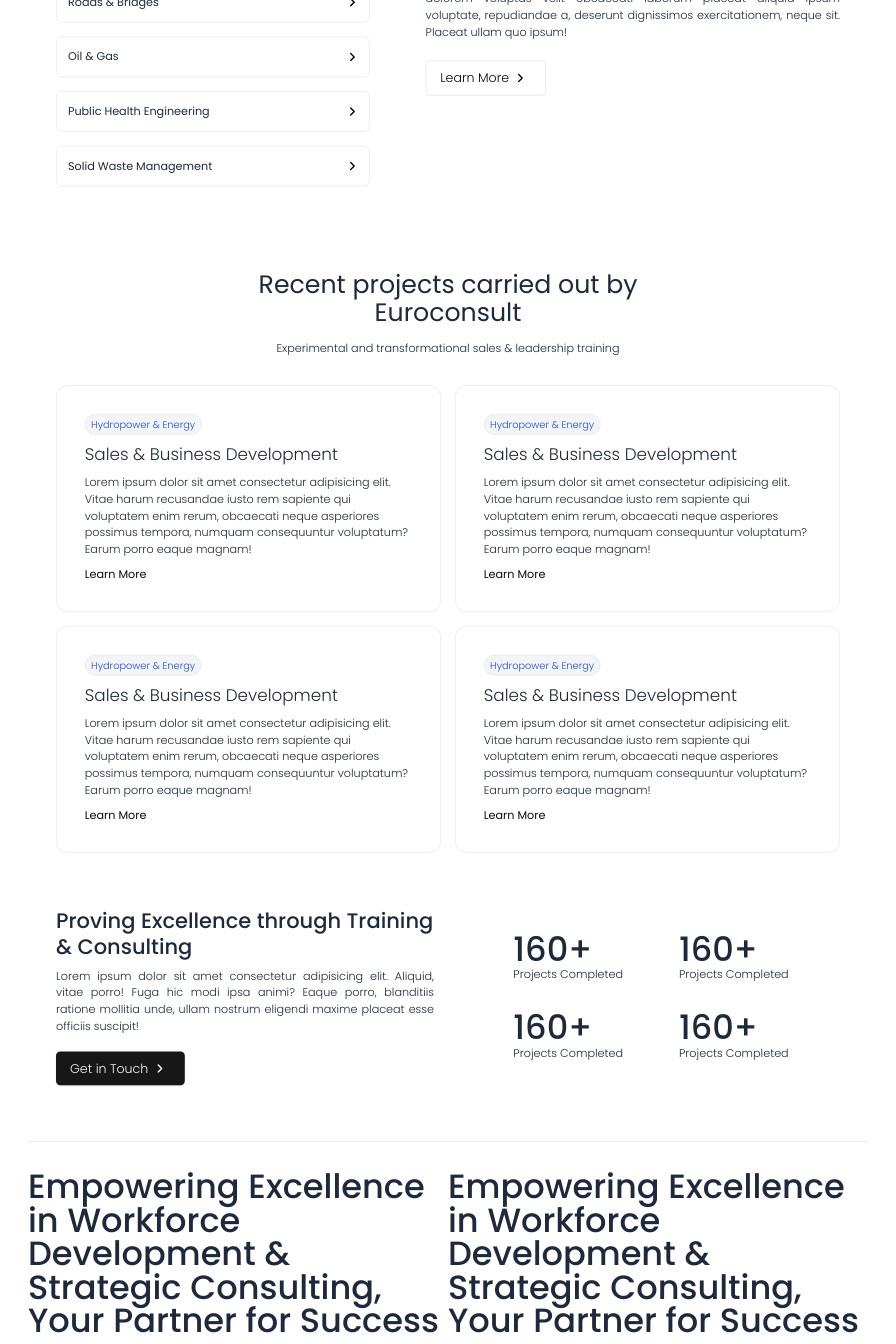
Repository: EMDC-24/ecglobalwebsite19
Page: /
These files come from the project's save history. The page is drawn as it stood at one moment and after the next save; the edit follows.
The browser window is 1280 px wide. The pictures show the part of the page from y = 2666 to 4586 px (the page is 4586 px tall), at 70% of full size.
The project was rebuilt for these pictures with package versions that can differ from the ones it lists, and the page was loaded fresh each time. The framework's server and built-in components were replaced by stand-ins that run in the browser. Also part of the build but not shown: next.config.mjs.

Above is the page before, as saved 2024-09-17 21:19:57.

### app/page.tsx
import Image from "next/image";
import Hero from "./Hero";
import ClientCarousel from "./ClientCarousel";
import { ServicesTabs } from "./ServicesTabs";
import SerTabs from "./SerTabs";
import AboutSection from "./AboutSection";
import RecentProjects from "./RecentProjects";
import PraiseSection from "./PraiseSection";
import Footer from "./Footer";


export default function Home() {
  return (
    <>
    <Hero />
    <ClientCarousel />
    <AboutSection />
    <SerTabs />
    <RecentProjects />
    <PraiseSection />
    <Footer />
    </>
  );
}

### app/globals.css
@tailwind base;
@tailwind components;
@tailwind utilities;

@layer base {
  :root {
    --background: 0 0% 100%;
    --foreground: 0 0% 3.9%;
    --card: 0 0% 100%;
    --card-foreground: 0 0% 3.9%;
    --popover: 0 0% 100%;
    --popover-foreground: 0 0% 3.9%;
    --primary: 0 0% 9%;
    --primary-foreground: 0 0% 98%;
    --secondary: 0 0% 96.1%;
    --secondary-foreground: 0 0% 9%;
    --muted: 0 0% 96.1%;
    --muted-foreground: 0 0% 45.1%;
    --accent: 0 0% 96.1%;
    --accent-foreground: 0 0% 9%;
    --destructive: 0 84.2% 60.2%;
    --destructive-foreground: 0 0% 98%;
    --border: 0 0% 89.8%;
    --input: 0 0% 89.8%;
    --ring: 0 0% 3.9%;
    --chart-1: 12 76% 61%;
    --chart-2: 173 58% 39%;
    --chart-3: 197 37% 24%;
    --chart-4: 43 74% 66%;
    --chart-5: 27 87% 67%;
    --radius: 0.5rem;
  }
  .dark {
    --background: 0 0% 3.9%;
    --foreground: 0 0% 98%;
    --card: 0 0% 3.9%;
    --card-foreground: 0 0% 98%;
    --popover: 0 0% 3.9%;
    --popover-foreground: 0 0% 98%;
    --primary: 0 0% 98%;
    --primary-foreground: 0 0% 9%;
    --secondary: 0 0% 14.9%;
    --secondary-foreground: 0 0% 98%;
    --muted: 0 0% 14.9%;
    --muted-foreground: 0 0% 63.9%;
    --accent: 0 0% 14.9%;
    --accent-foreground: 0 0% 98%;
    --destructive: 0 62.8% 30.6%;
    --destructive-foreground: 0 0% 98%;
    --border: 0 0% 14.9%;
    --input: 0 0% 14.9%;
    --ring: 0 0% 83.1%;
    --chart-1: 220 70% 50%;
    --chart-2: 160 60% 45%;
    --chart-3: 30 80% 55%;
    --chart-4: 280 65% 60%;
    --chart-5: 340 75% 55%;
  }
}

@font-face {
  font-family: 'Poppins';
  src: url('/fonts/Poppins-Black.ttf') format('truetype');
  font-weight: 900;
  font-style: normal;
}

@font-face {
  font-family: 'Poppins';
  src: url('/fonts/Poppins-BlackItalic.ttf') format('truetype');
  font-weight: 900;
  font-style: italic;
}

@font-face {
  font-family: 'Poppins';
  src: url('/fonts/Poppins-Bold.ttf') format('truetype');
  font-weight: 700;
  font-style: normal;
}

@font-face {
  font-family: 'Poppins';
  src: url('/fonts/Poppins-BoldItalic.ttf') format('truetype');
  font-weight: 700;
  font-style: italic;
}

@font-face {
  font-family: 'Poppins';
  src: url('/fonts/Poppins-Regular.ttf') format('truetype');
  font-weight: 400;
  font-style: normal;
}

@font-face {
  font-family: 'Poppins';
  src: url('/fonts/Poppins-Italic.ttf') format('truetype');
  font-weight: 400;
  font-style: italic;
}

@font-face {
  font-family: 'Poppins';
  src: url('/fonts/Poppins-Light.ttf') format('truetype');
  font-weight: 300;
  font-style: normal;
}

@font-face {
  font-family: 'Poppins';
  src: url('/fonts/Poppins-LightItalic.ttf') format('truetype');
  font-weight: 300;
  font-style: italic;
}

@font-face {
  font-family: 'Poppins';
  src: url('/fonts/Poppins-Medium.ttf') format('truetype');
  font-weight: 500;
  font-style: normal;
}

@font-face {
  font-family: 'Poppins';
  src: url('/fonts/Poppins-MediumItalic.ttf') format('truetype');
  font-weight: 500;
  font-style: italic;
}

@layer base {
  * {
    @apply border-border;
  }

  body {
    @apply bg-background text-foreground;
    font-family: 'Poppins', sans-serif !important;
  }
}
.no-visible-scrollbar {
  scrollbar-width: none;
  -ms-overflow-style: none;
  -webkit-overflow-scrolling: touch;
}

.no-visible-scrollbar::-webkit-scrollbar {
  display: none;
}

### app/Hero.tsx
import { Button } from '@/components/ui/button'
import React from 'react'
import { FaAngleRight } from "react-icons/fa6";

const Hero = () => {
  return (
    <div>
        <div className="bg-white px-10 flex flex-row my-10">
        <div className="md:w-1/2 flex flex-col items-start justify-normal py-10">
        <div className="bg-gray-100 border-[1px] border-gray-200 rounded-full px-2 py-1 text-sm text-gray-800">Engineering Consultancy</div>
        <h1 className="text-5xl text-gray-800 mt-3 font-light ">Empowering Excellence through Engineering & Consulting</h1>
        <p className="text-lg text-gray-700 mt-10 leading-snug tracking-tight text-justify mr-10 font-light">Euroconsult Pakistan is a global, state-of-the-art service provider organization actively engaged in water resources and energy, agriculture, infrastructure, environment, oil and gas, mass transit, light rail, motorways, highways, institutional capacity building, financial management, rural and urban development, and management. </p>
        <div className="mt-10 flex flex-row gap-3">
        <a href="#" >
        <Button className="px-5 py-6 text-lg font-light  hover:bg-blue-600">Get Started  <FaAngleRight className="mr-2 ml-2 h-4 w-4" /></Button>
        </a>
        <a href="#" >
        <Button variant="outline" className="px-5 py-6 text-lg font-light  hover:bg-gray-200">Contact Us<FaAngleRight className="mr-2 ml-2 h-4 w-4" /></Button>
        </a>
        </div>
        </div>
        <div className="md:w-1/2 flex flex-col gap-3">
        <div className="w-full h-[60%] rounded-2xl bg-cover bg-center" style={{ backgroundImage: `url('/assets/heroimage.jpg')` }}> </div>
        <div className="w-full h-[40%] rounded-2xl bg-cover bg-center" style={{ backgroundImage: `url('/assets/hero2.jpg')` }}> </div>
        </div>
        </div>
    </div>
  )
}

export default Hero

### app/ClientCarousel.tsx
import React from 'react';
import Marquee from 'react-fast-marquee';
import Image from 'next/image';

const ClientCarousel = () => {
  const logoSize = { height: 40 };
  const logoStyle = { margin: '0 25px' };

  const logos = [
    <Image src="/assets/adblogo.png" alt="" width={100} key="br" {...logoSize} />,
    <Image src="/assets/uniceflogo.png" alt="" width={100} key="br" {...logoSize} />,
    <Image src="/assets/ciscologo.png" alt="" width={100} key="br" {...logoSize} />,
    <Image src="/assets/kfwlogo.png" alt="" width={100} key="br" {...logoSize} />,
    <Image src="/assets/citilogo.png" alt="" width={100} key="br" {...logoSize} />,
    <Image src="/assets/usaidlogo.png" alt="" width={100} key="br" {...logoSize} />,
    <Image src="/assets/undplogo.png" alt="" width={100} key="br" {...logoSize} />,
    <Image src="/assets/unlogo.png" alt="" width={100} key="br" {...logoSize} />,
    <Image src="/assets/gtzlogo.png" alt="" width={100} key="br" {...logoSize} />,
    <Image src="/assets/dfidlogo.png" alt="" width={100} key="br" {...logoSize} />,
    <Image src="/assets/wblogo.png" alt="" width={100} key="br" {...logoSize} />,
  ];

  return (
    <div className="py-20 my-10">

      <div className="relative z-10">
        {/* Left gradient */}
      <div className="absolute left-0 top-0 bottom-0 w-1/4 bg-gradient-to-r from-white to-transparent via-transparent z-20 pointer-events-none"
           style={{ backgroundImage: 'linear-gradient(to right, white 30%, transparent 70%)' }}>
      </div>

      {/* Right gradient */}
      <div className="absolute right-0 top-0 bottom-0 w-1/4 bg-gradient-to-l from-white to-transparent via-transparent z-20 pointer-events-none"
           style={{ backgroundImage: 'linear-gradient(to left, white 30%, transparent 70%)' }}>
      </div>
    <div className="overflow-hidden ">
      <Marquee gradient={false} pauseOnHover={false} speed={50}>
        {logos.map((logo, index) => (
          <div key={index} style={logoStyle}>
            {logo}
          </div>
        ))}
        {logos.map((logo, index) => (
          <div key={`repeat-${index}`} style={logoStyle}>
            {logo}
          </div>
        ))}
        {logos.map((logo, index) => (
          <div key={`repeat2-${index}`} style={logoStyle}>
            {logo}
          </div>
        ))}
      </Marquee>
    </div>
    </div>

    </div>
  );
};

export default ClientCarousel;

### app/AboutSection.tsx
import { Button } from '@/components/ui/button'
import React from 'react'
import { FaAngleRight } from "react-icons/fa6";
const AboutSection = () => {
  return (
    <div className="px-10 flex flex-col items-center justify-center">
        <div className="my-10 gap-5 flex flex-col">
            <h3 className="text-[40px] tracking-tight leading-snug font-medium text-slate-800 px-72 text-center">Comprehensive Training & Consulting Solutions Tailored to Your Needs</h3>
            <p className="px-64 text-center font-light text-slate-800">With focus on individual attention, we are committed to delivering customized strategies, empowering your workforce, and guiding your business to sustainable growth & excellence</p>
        </div>
        <div className="flex flex-row gap-10 px-24 mt-10">
            <div className="w-1/2 flex gap-5 flex-col px-12">
                <h3 className="text-3xl">Our Approach to Leadership Development</h3>
                <p className="tracking-tight font-light text-justify"> Lorem ipsum dolor sit amet consectetur adipisicing elit. Explicabo nisi dolorem voluptas velit obcaecati laborum placeat aliquid ipsum voluptate, repudiandae a, deserunt dignissimos exercitationem, neque sit. Placeat ullam quo ipsum!</p>
                <p className="tracking-tight font-light text-justify"> Lorem ipsum dolor sit amet consectetur adipisicing elit. Explicabo nisi dolorem voluptas velit obcaecati laborum placeat aliquid ipsum voluptate, repudiandae a, deserunt dignissimos exercitationem, neque sit. Placeat ullam quo ipsum!</p>
                <a href="#" >
            <Button variant="outline" className="px-5 py-6 text-lg font-light  hover:bg-gray-200">Contact Us<FaAngleRight className="mr-2 ml-2 h-4 w-4" /></Button>
            </a>
            </div>
            <div className="w-1/2 flex gap-5 flex-col px-12">
                <h3 className="text-3xl">Leadership Development Expands a leader's impact</h3>
                <p className="tracking-tight font-light text-justify"> Lorem ipsum dolor sit amet consectetur adipisicing elit. Explicabo nisi dolorem voluptas velit obcaecati laborum placeat aliquid ipsum voluptate, repudiandae a, deserunt dignissimos exercitationem, neque sit. Placeat ullam quo ipsum!</p>
                <p className="tracking-tight font-light text-justify"> Lorem ipsum dolor sit amet consectetur adipisicing elit. Explicabo nisi dolorem voluptas velit obcaecati laborum placeat aliquid ipsum voluptate, repudiandae a, deserunt dignissimos exercitationem, neque sit. Placeat ullam quo ipsum!</p>
            </div>
        </div>
    </div>
  )
}

export default AboutSection

### app/RecentProjects.tsx
import React from 'react'

const RecentProjects = () => {
  return (
    <div className="flex flex-col mx-20">
        <div>
            <h3 className="text-4xl mt-10 text-slate-800 px-64 text-center">Recent projects carried out by Euroconsult</h3>
            <p className="text-slate-800 font-light text-center mt-5">Experimental and transformational sales & leadership training</p>
        </div>
        <div className="flex flex-row gap-5 my-5 mt-10 items-center justify-center">
        <div className="flex flex-col gap-3 border-[1px] border-gray-200 rounded-2xl p-10">
        <div><div className="bg-gray-100 inline-flex w-auto border-gray-200 border-[1px] rounded-full px-2 py-1 text-sm text-blue-700 font-light">Hydropower & Energy</div></div>
        <h3 className="font-light text-slate-800 text-2xl">Sales & Business Development</h3>
        <p className="font-light text-slate-800">Lorem ipsum dolor sit amet consectetur adipisicing elit. Vitae harum recusandae iusto rem sapiente qui voluptatem enim rerum, obcaecati neque asperiores possimus tempora, numquam consequuntur voluptatum? Earum porro eaque magnam!</p>
        <a href="#" >Learn More</a>
        </div>
        <div className="flex flex-col gap-3 border-[1px] border-gray-200 rounded-2xl p-10">
        <div><div className="bg-gray-100 w-auto inline-flex border-gray-200 border-[1px] rounded-full px-2 py-1 text-sm text-blue-700 font-light">Hydropower & Energy</div></div>
        <h3 className="font-light text-slate-800 text-2xl">Sales & Business Development</h3>
        <p className="font-light text-slate-800">Lorem ipsum dolor sit amet consectetur adipisicing elit. Vitae harum recusandae iusto rem sapiente qui voluptatem enim rerum, obcaecati neque asperiores possimus tempora, numquam consequuntur voluptatum? Earum porro eaque magnam!</p>
        <a href="#" >Learn More</a>
        </div>
        </div>
        <div className="flex flex-row gap-5 items-center justify-center">
        <div className="flex flex-col gap-3 border-[1px] border-gray-200 rounded-2xl p-10">
        <div><div className="bg-gray-100 inline-flex w-auto border-gray-200 border-[1px] rounded-full px-2 py-1 text-sm text-blue-700 font-light">Hydropower & Energy</div></div>
        <h3 className="font-light text-slate-800 text-2xl">Sales & Business Development</h3>
        <p className="font-light text-slate-800">Lorem ipsum dolor sit amet consectetur adipisicing elit. Vitae harum recusandae iusto rem sapiente qui voluptatem enim rerum, obcaecati neque asperiores possimus tempora, numquam consequuntur voluptatum? Earum porro eaque magnam!</p>
        <a href="#" >Learn More</a>
        </div>
        <div className="flex flex-col gap-3 border-[1px] border-gray-200 rounded-2xl p-10">
        <div><div className="bg-gray-100 w-auto inline-flex border-gray-200 border-[1px] rounded-full px-2 py-1 text-sm text-blue-700 font-light">Hydropower & Energy</div></div>
        <h3 className="font-light text-slate-800 text-2xl">Sales & Business Development</h3>
        <p className="font-light text-slate-800">Lorem ipsum dolor sit amet consectetur adipisicing elit. Vitae harum recusandae iusto rem sapiente qui voluptatem enim rerum, obcaecati neque asperiores possimus tempora, numquam consequuntur voluptatum? Earum porro eaque magnam!</p>
        <a href="#" >Learn More</a>
        </div>
        </div>

    </div>
  )
}

export default RecentProjects

### app/PraiseSection.tsx

import { Button } from '@/components/ui/button'
import React from 'react'
import { FaAngleRight } from "react-icons/fa6";

const PraiseSection = () => {
  return (
    <div className="mx-20 flex flex-row gap-10 my-20 items-center justify-center">
    <div className="w-1/2 flex flex-col gap-3">
        <h3 className="text-3xl font-medium text-slate-800">Proving Excellence through Training & Consulting</h3>
        <p className="font-light text-slate-800 text-justify">Lorem ipsum dolor sit amet consectetur adipisicing elit. Aliquid, vitae porro! Fuga hic modi ipsa animi? Eaque porro, blanditiis ratione mollitia unde, ullam nostrum eligendi maxime placeat esse officiis suscipit!</p>
        <div className="w-auto mt-3"><Button className="px-5 py-6 text-lg font-light  hover:bg-blue-600">Get in Touch  <FaAngleRight className="mr-2 ml-2 h-4 w-4" /></Button></div>
    </div>
    <div className="w-1/2 flex flex-col gap-10 ">
    <div className="flex flex-row gap-20 items-start justify-center">
        <div>
        <h3 className="text-5xl font-medium text-slate-800">160+</h3>
        <p className="font-light text-slate-800">Projects Completed</p>
        </div>
        <div>
        <h3 className="text-5xl font-medium text-slate-800">160+</h3>
        <p className="font-light text-slate-800">Projects Completed</p>
        </div>
    </div>
    <div className="flex flex-row gap-20 items-start justify-center">
        <div>
        <h3 className="text-5xl font-medium text-slate-800">160+</h3>
        <p className="font-light text-slate-800">Projects Completed</p>
        </div>
        <div>
        <h3 className="text-5xl font-medium text-slate-800">160+</h3>
        <p className="font-light text-slate-800">Projects Completed</p>
        </div>
    </div>

    </div>
    </div>
  )
}

export default PraiseSection

### app/Footer.tsx
import { Separator } from '@/components/ui/separator'
import React from 'react'

const Footer = () => {
  return (
    <div className="mx-10 flex flex-col gap-10">
        <Separator />
        <div className="flex flex-col md:flex-row ">
            <div className="w-1/2">
                <h5 className="text-5xl font-medium text-slate-800">Empowering Excellence in Workforce Development & Strategic Consulting, Your Partner for Success</h5>
            </div>
            <div className="w-1/2">
                <h5 className="text-5xl font-medium text-slate-800">Empowering Excellence in Workforce Development & Strategic Consulting, Your Partner for Success</h5>
            </div>
        </div>
    </div>
  )
}

export default Footer

### components/ui/button.tsx
import * as React from "react"
import { Slot } from "@radix-ui/react-slot"
import { cva, type VariantProps } from "class-variance-authority"

import { cn } from "@/lib/utils"

const buttonVariants = cva(
  "inline-flex items-center justify-center whitespace-nowrap rounded-md text-sm font-medium transition-colors focus-visible:outline-none focus-visible:ring-1 focus-visible:ring-ring disabled:pointer-events-none disabled:opacity-50",
  {
    variants: {
      variant: {
        default:
          "bg-primary text-primary-foreground shadow hover:bg-primary/90",
        destructive:
          "bg-destructive text-destructive-foreground shadow-sm hover:bg-destructive/90",
        outline:
          "border border-input bg-background shadow-sm hover:bg-accent hover:text-accent-foreground",
        secondary:
          "bg-secondary text-secondary-foreground shadow-sm hover:bg-secondary/80",
        ghost: "hover:bg-accent hover:text-accent-foreground",
        link: "text-primary underline-offset-4 hover:underline",
      },
      size: {
        default: "h-9 px-4 py-2",
        sm: "h-8 rounded-md px-3 text-xs",
        lg: "h-10 rounded-md px-8",
        icon: "h-9 w-9",
      },
    },
    defaultVariants: {
      variant: "default",
      size: "default",
    },
  }
)

export interface ButtonProps
  extends React.ButtonHTMLAttributes<HTMLButtonElement>,
    VariantProps<typeof buttonVariants> {
  asChild?: boolean
}

const Button = React.forwardRef<HTMLButtonElement, ButtonProps>(
  ({ className, variant, size, asChild = false, ...props }, ref) => {
    const Comp = asChild ? Slot : "button"
    return (
      <Comp
        className={cn(buttonVariants({ variant, size, className }))}
        ref={ref}
        {...props}
      />
    )
  }
)
Button.displayName = "Button"

export { Button, buttonVariants }

### components/ui/separator.tsx
"use client"

import * as React from "react"
import * as SeparatorPrimitive from "@radix-ui/react-separator"

import { cn } from "@/lib/utils"

const Separator = React.forwardRef<
  React.ElementRef<typeof SeparatorPrimitive.Root>,
  React.ComponentPropsWithoutRef<typeof SeparatorPrimitive.Root>
>(
  (
    { className, orientation = "horizontal", decorative = true, ...props },
    ref
  ) => (
    <SeparatorPrimitive.Root
      ref={ref}
      decorative={decorative}
      orientation={orientation}
      className={cn(
        "shrink-0 bg-border",
        orientation === "horizontal" ? "h-[1px] w-full" : "h-full w-[1px]",
        className
      )}
      {...props}
    />
  )
)
Separator.displayName = SeparatorPrimitive.Root.displayName

export { Separator }

### tailwind.config.ts
import type { Config } from "tailwindcss";

const config: Config = {
  darkMode: ["class"],
  content: [
    "./pages/**/*.{js,ts,jsx,tsx,mdx}",
    "./components/**/*.{js,ts,jsx,tsx,mdx}",
    "./app/**/*.{js,ts,jsx,tsx,mdx}",
  ],
  theme: {
    extend: {
      fontFamily: {
        sans: ['Poppins', 'sans-serif'], // Set Poppins as default sans font
      },
      backgroundImage: {
        'gradient-radial': 'radial-gradient(var(--tw-gradient-stops))',
        'gradient-conic': 'conic-gradient(from 180deg at 50% 50%, var(--tw-gradient-stops))',
      },
      borderRadius: {
        lg: 'var(--radius)',
        md: 'calc(var(--radius) - 2px)',
        sm: 'calc(var(--radius) - 4px)',
      },
      colors: {
        background: 'hsl(var(--background))',
        foreground: 'hsl(var(--foreground))',
        card: {
          DEFAULT: 'hsl(var(--card))',
          foreground: 'hsl(var(--card-foreground))',
        },
        popover: {
          DEFAULT: 'hsl(var(--popover))',
          foreground: 'hsl(var(--popover-foreground))',
        },
        primary: {
          DEFAULT: 'hsl(var(--primary))',
          foreground: 'hsl(var(--primary-foreground))',
        },
        secondary: {
          DEFAULT: 'hsl(var(--secondary))',
          foreground: 'hsl(var(--secondary-foreground))',
        },
        muted: {
          DEFAULT: 'hsl(var(--muted))',
          foreground: 'hsl(var(--muted-foreground))',
        },
        accent: {
          DEFAULT: 'hsl(var(--accent))',
          foreground: 'hsl(var(--accent-foreground))',
        },
        destructive: {
          DEFAULT: 'hsl(var(--destructive))',
          foreground: 'hsl(var(--destructive-foreground))',
        },
        border: 'hsl(var(--border))',
        input: 'hsl(var(--input))',
        ring: 'hsl(var(--ring))',
        chart: {
          '1': 'hsl(var(--chart-1))',
          '2': 'hsl(var(--chart-2))',
          '3': 'hsl(var(--chart-3))',
          '4': 'hsl(var(--chart-4))',
          '5': 'hsl(var(--chart-5))',
        },
      },
    },
  },
  plugins: [require("tailwindcss-animate")],
};

export default config;

Loaded but not shown: app/layout.tsx (common file); lib/utils.ts (common file); app/SerTabs.tsx (180 lines, source omitted)

After the next save:
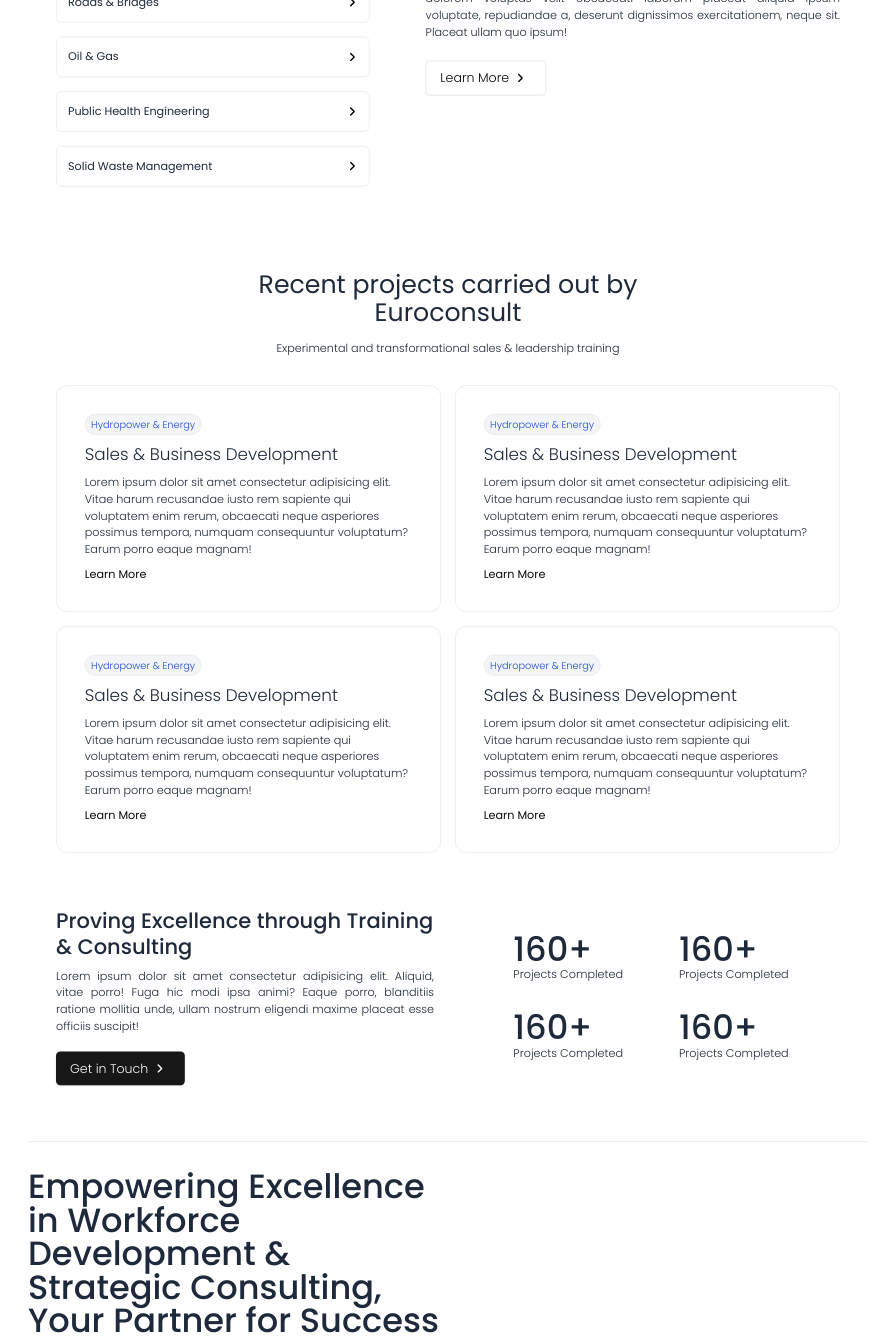
Saved 10 s later.
--- a/app/Footer.tsx
+++ b/app/Footer.tsx
@@ -10,7 +10,7 @@
                 <h5 className="text-5xl font-medium text-slate-800">Empowering Excellence in Workforce Development & Strategic Consulting, Your Partner for Success</h5>
             </div>
             <div className="w-1/2">
-                <h5 className="text-5xl font-medium text-slate-800">Empowering Excellence in Workforce Development & Strategic Consulting, Your Partner for Success</h5>
+
             </div>
         </div>
     </div>
